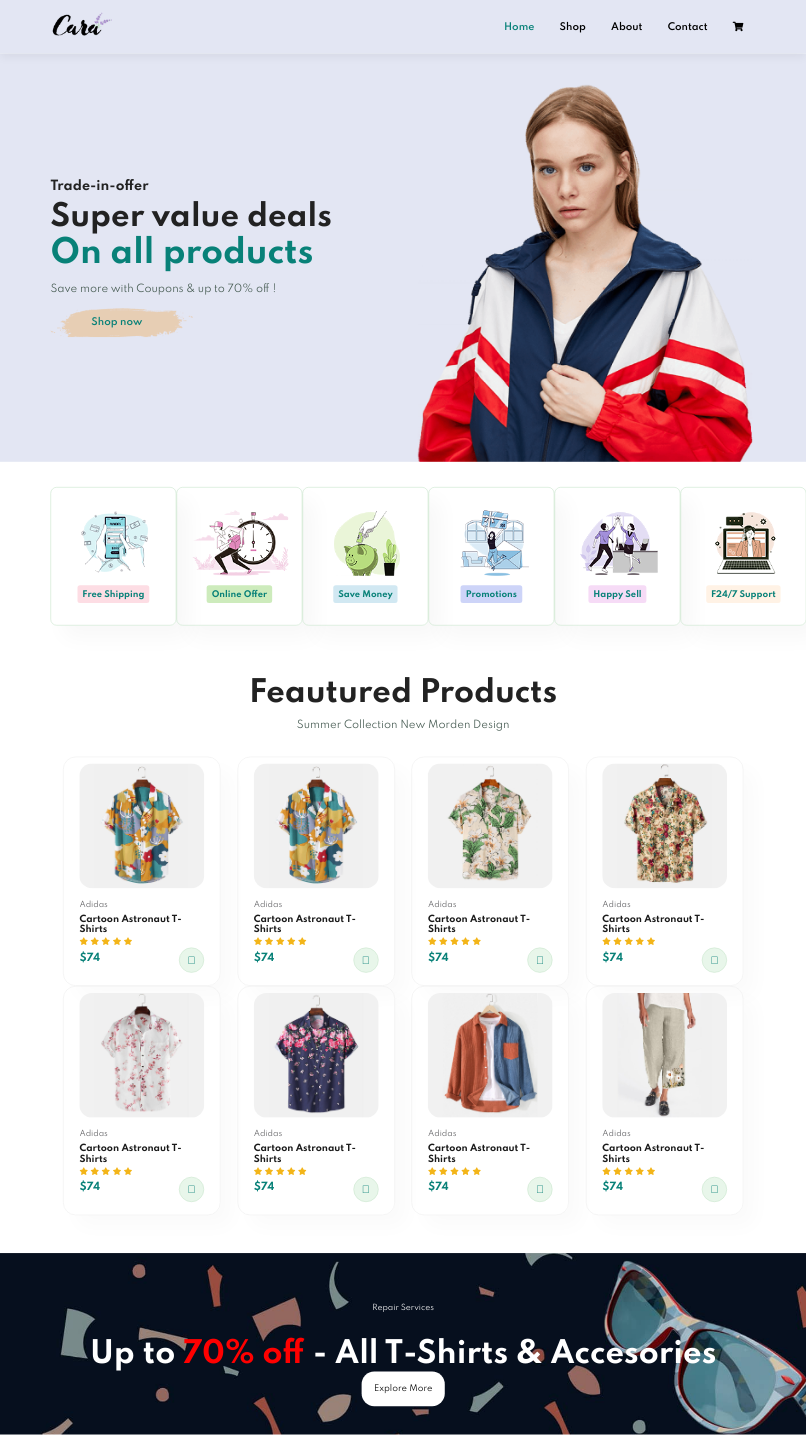
Repository: Daryllgio/E-Commerce-Website-UI
Page: index.html
The author's editor kept a copy of each file at every save. The page is drawn from the files as they stood at one save, then again after the next save.
The browser window is 1280 px wide. The pictures show the whole page, at 63% of full size.
Some web libraries are served in a nearby version.

Above is the page before, as saved 2024-12-31 14:20:47.

### index.html
<!DOCTYPE html>
<html lang="en">

<head>
    <meta charset="UTF-8">
    <meta http-equiv="X-UA-Compatible" content="IE=edge">
    <meta name="viewport" content="width=device-width, initial-scale=1.0">
    <title>Tech2etc Ecommerce Tutorial</title>
    <link rel="stylesheet" href="https://pro.fontawesome.com/releases/v5.10.0/css/all.css" />

    <link rel="stylesheet" href="style.css">
</head>

<body>
    <section id="header">
        <a href="#"><img src="img/logo.png" id="logo" class="logo" alt=""></a>

        <div>
            <ul id="navbar">
                <li>
                    <a class="active" href="index.html">Home</a>
                </li>
                <li>
                    <a href="shop.html">Shop</a>
                </li>
                <li>
                    <a href="about.html">About</a>
                </li>
                <li>
                    <a href="contact.html">Contact</a>
                </li>
                <li>
                    <a href="cart.html"><i class="fa fa-shopping-cart" aria-hidden="true"></i></a>
                </li>

            </ul>
        </div>
    </section>

    <section id="HomeHeaderContent">
        <h4>
            Trade-in-offer
        </h4>
        <h2>
            Super value deals
        </h2>
        <h1>
            On all products
        </h1>
        <p>
            Save more with Coupons & up to 70% off !
        </p>
        <button>
            Shop now
        </button>

    </section>

    <section id="Features" class="section-p1">
        <div class="fe-box">
            <img src="img/features/f1.png" alt="">
            <h6>Free Shipping</h6>
        </div>
        <div class="fe-box">
            <img src="img/features/f2.png" alt="">
            <h6>Online Offer</h6>
        </div>
        <div class="fe-box">
            <img src="img/features/f3.png" alt="">
            <h6>Save Money</h6>
        </div>
        <div class="fe-box">
            <img src="img/features/f4.png" alt="">
            <h6>Promotions</h6>
        </div>
        <div class="fe-box">
            <img src="img/features/f5.png" alt="">
            <h6>Happy Sell</h6>
        </div>
        <div class="fe-box">
            <img src="img/features/f6.png" alt="">
            <h6>F24/7 Support</h6>
        </div>
    </section>

    <section id="product1" class="section-p1">
        <h2>
            Feautured Products
        </h2>
        <p>
            Summer Collection New Morden Design
        </p>
        <div class="pro-container">
            <div class="pro">
                <img src="img/products/f1.jpg" alt="">
                <div class="des">
                    <span>Adidas</span>
                    <h5>Cartoon Astronaut T-Shirts</h5>
                    <div class="star">
                        <i class="fas fa-star"></i>
                        <i class="fas fa-star"></i>
                        <i class="fas fa-star"></i>
                        <i class="fas fa-star"></i>
                        <i class="fas fa-star"></i>
                    </div>
                    <div class="Shop">
                        <h4>$74</h4>
                        <a href="#"><i class="fal fa-shopping-cart "></i></a>
                    </div>

                </div>
            </div>

            <div class="pro">
                <img src="img/products/f1.jpg" alt="">
                <div class="des">
                    <span>Adidas</span>
                    <h5>Cartoon Astronaut T-Shirts</h5>
                    <div class="star">
                        <i class="fas fa-star"></i>
                        <i class="fas fa-star"></i>
                        <i class="fas fa-star"></i>
                        <i class="fas fa-star"></i>
                        <i class="fas fa-star"></i>
                    </div>
                    <div class="Shop">
                        <h4>$74</h4>
                        <a href="#"><i class="fal fa-shopping-cart "></i></a>
                    </div>

                </div>
            </div>

            <div class="pro">
                <img src="img/products/f2.jpg" alt="">
                <div class="des">
                    <span>Adidas</span>
                    <h5>Cartoon Astronaut T-Shirts</h5>
                    <div class="star">
                        <i class="fas fa-star"></i>
                        <i class="fas fa-star"></i>
                        <i class="fas fa-star"></i>
                        <i class="fas fa-star"></i>
                        <i class="fas fa-star"></i>
                    </div>
                    <div class="Shop">
                        <h4>$74</h4>
                        <a href="#"><i class="fal fa-shopping-cart "></i></a>
                    </div>

                </div>
            </div>

            <div class="pro">
                <img src="img/products/f3.jpg" alt="">
                <div class="des">
                    <span>Adidas</span>
                    <h5>Cartoon Astronaut T-Shirts</h5>
                    <div class="star">
                        <i class="fas fa-star"></i>
                        <i class="fas fa-star"></i>
                        <i class="fas fa-star"></i>
                        <i class="fas fa-star"></i>
                        <i class="fas fa-star"></i>
                    </div>
                    <div class="Shop">
                        <h4>$74</h4>
                        <a href="#"><i class="fal fa-shopping-cart "></i></a>
                    </div>

                </div>
            </div>

            <div class="pro">
                <img src="img/products/f4.jpg" alt="">
                <div class="des">
                    <span>Adidas</span>
                    <h5>Cartoon Astronaut T-Shirts</h5>
                    <div class="star">
                        <i class="fas fa-star"></i>
                        <i class="fas fa-star"></i>
                        <i class="fas fa-star"></i>
                        <i class="fas fa-star"></i>
                        <i class="fas fa-star"></i>
                    </div>
                    <div class="Shop">
                        <h4>$74</h4>
                        <a href="#"><i class="fal fa-shopping-cart "></i></a>
                    </div>

                </div>
            </div>

            <div class="pro">
                <img src="img/products/f5.jpg" alt="">
                <div class="des">
                    <span>Adidas</span>
                    <h5>Cartoon Astronaut T-Shirts</h5>
                    <div class="star">
                        <i class="fas fa-star"></i>
                        <i class="fas fa-star"></i>
                        <i class="fas fa-star"></i>
                        <i class="fas fa-star"></i>
                        <i class="fas fa-star"></i>
                    </div>
                    <div class="Shop">
                        <h4>$74</h4>
                        <a href="#"><i class="fal fa-shopping-cart "></i></a>
                    </div>

                </div>
            </div>

            <div class="pro">
                <img src="img/products/f6.jpg" alt="">
                <div class="des">
                    <span>Adidas</span>
                    <h5>Cartoon Astronaut T-Shirts</h5>
                    <div class="star">
                        <i class="fas fa-star"></i>
                        <i class="fas fa-star"></i>
                        <i class="fas fa-star"></i>
                        <i class="fas fa-star"></i>
                        <i class="fas fa-star"></i>
                    </div>
                    <div class="Shop">
                        <h4>$74</h4>
                        <a href="#"><i class="fal fa-shopping-cart "></i></a>
                    </div>

                </div>
            </div>

            <div class="pro">
                <img src="img/products/f7.jpg" alt="">
                <div class="des">
                    <span>Adidas</span>
                    <h5>Cartoon Astronaut T-Shirts</h5>
                    <div class="star">
                        <i class="fas fa-star"></i>
                        <i class="fas fa-star"></i>
                        <i class="fas fa-star"></i>
                        <i class="fas fa-star"></i>
                        <i class="fas fa-star"></i>
                    </div>
                    <div class="Shop">
                        <h4>$74</h4>
                        <a href="#"><i class="fal fa-shopping-cart "></i></a>
                    </div>

                </div>
            </div>


        </div>
    </section>

    <section id="banner" class="section-p1">
        <p>Repair Services</p>
        <h2>Up to <span>70% off</span> - All T-Shirts & Accesories</h2>
        <button>Explore More</button>
    </section>


    <script src="script.js"></script>
</body>

</html>

### style.css
@import url("https://fonts.googleapis.com/css2?family=Spartan:wght@100;200;300;400;500;600;700;800;900&display=swap");

* {
  margin: 0;
  padding: 0;
  box-sizing: border-box;
  font-family: "Spartan", sans-serif;
}

html {
  scroll-behavior: smooth;
}

/* Global Styles */

h1 {
  font-size: 50px;
  line-height: 64px;
  color: #222;
}

h2 {
  font-size: 46px;
  line-height: 54px;
  color: #222;
}

h4 {
  font-size: 20px;
  color: #222;
}

h6 {
  font-weight: 700;
  font-size: 12px;
}

p {
  font-size: 16px;
  color: #465b52;
  margin: 15px 0 20px 0;
}

.section-p1 {
  padding: 40px 80px;
}

.section-m1 {
  margin: 40px 0;
}

body {
  width: 100%;
}

#header {
  display: flex;
  align-items: center;
  justify-content: space-between;
  padding: 20px 80px;
  background: #E3E6F3;
  box-shadow: 0 5px 15px rgba(0, 0, 0, 0.06);
  position: sticky;
  top: 0;
  left: 0;

}



#navbar {
  display: flex;
  align-items: center;
  justify-content: center;
}

#navbar li {
  list-style: none;
  padding: 0px 20px;
}

#navbar li a {
  text-decoration: none;
  font-size: 15px;
  font-weight: 600;
  color: #000;
  transition: 0.3s ease;
}

#navbar li a:hover,
#navbar li a.active {
  color: #088178;
}

#HomeHeaderContent {
  background-image: url("img/hero4.png");
  height: 90vh;
  width: 100%;
  background-size: cover;
  background-position: top 25% right 0;
  padding: 0 80px;
  align-items: flex-start;
  display: flex;
  flex-direction: column;
  justify-content: center;
}

#HomeHeaderContent h4 {
  margin-bottom: 10px;
}

#HomeHeaderContent h1 {
  color: #088178;
}

#HomeHeaderContent button {
  color: #088178;
  background-image: url("img/button.png");
  font-size: 15px;
  font-weight: 600;
  background-color: transparent;
  border: 0;
  padding: 14px 80px 14px 65px;
  background-repeat: no-repeat;
  cursor: pointer;
}

#Features {
  display: flex;
  justify-content: space-between;
}

#Features .fe-box {
  width: 200px;
  text-align: center;
  padding: 35px 25px;
  border: 1px solid #cce7d0;
  box-shadow: 20px 20px 34px rgba(0, 0, 0, 0.03);
  border-radius: 10px;
}

#Features .fe-box:hover {
  box-shadow: 10px 10px 54px rgba(0, 0, 0, 0.1);
}

#Features .fe-box img {
  margin-bottom: 10px;
}

#Features .fe-box h6 {
  font-size: 13px;
  display: inline-block;
  line-height: 1;
  border-radius: 4px;
  color: #088178;
  background-color: #fddde4;
  padding: 9px 8px 6px 8px;
}

#Features .fe-box:nth-child(2) h6 {
  background-color: #cdebbc;
}

#Features .fe-box:nth-child(3) h6 {
  background-color: #d1e8f2;
}

#Features .fe-box:nth-child(4) h6 {
  background-color: #cdd4f8;
}

#Features .fe-box:nth-child(5) h6 {
  background-color: #f6dbf6;
}

#Features .fe-box:nth-child(6) h6 {
  background-color: #fff2e5;
}

#product1 {
  text-align: center;
}

#product1 .pro {
  width: 23%;
  min-width: 250px;
  padding: 10px 25px;
  border: 1px solid #f0f0f0;
  border-radius: 20px;
  cursor: pointer;
  box-shadow: 20px 20px 30px rgba(0, 0, 0, 0.02);
  transition: 0.3s ease;
}

#product1 .pro:hover {
  box-shadow: 20px 20px 30px rgba(0, 0, 0, 0.06);

}

#product1 .pro img {
  width: 100%;
  border-radius: 20px;
}

#product1 .pro .des {
  text-align: start;
  padding: 10px 0;
}

#product1 .pro .des span {
  color: #606063;
  font-size: 12px;
}

#product1 .pro .des h5 {
  color: #1a1a1a;
  font-size: 14px;
  padding-top: 7px;
}

#product1 .pro .des .fa-star {
  color: rgb(243, 181, 25);
  font-size: 12px;
}

#product1 .pro .des h4 {
  font-size: 16px;
  padding-top: 7px;
  font-weight: 700;
  color: #088178;

}

#product1 .pro .Shop {
  display: flex;
  justify-content: space-between;
}

#product1 .pro .des .fa-shopping-cart {
  width: 40px;
  height: 40px;
  line-height: 40px;
  border-radius: 50px;
  font-size: 17px;
  background-color: #e8f6ea;
  font-weight: 500;
  color: #088178;
  border: 1px solid #cce7d0;
  text-align: center;
}

#product1 .pro-container {
  display: flex;
  justify-content: space-between;
  padding: 20px;
  flex-wrap: wrap;
}


#banner {
  background-image: url("img/banner/b2.jpg");
  height: 40vh;
  width: 100%;
  background-size: cover;
  background-position: top 25% right 0;
  padding: 0 80px;
  text-align: center;
  display: flex;
  flex-direction: column;
  align-items: center;
  justify-content: center;
}

#banner p {
  font-size: 12px;
  padding: 20px;
  color: #ffffff;
}

#banner h2 {
  color: #fff;
}

#banner span {
  color: red;
}

#banner button {
  color: #000;
  background-color: #fff;
  font-size: 13px;
  font-weight: 400;
  padding: 20px 20px;
  border-radius: 20px;
  border: 0;
}

Loaded but not shown: script.js (common file)

After the next save:
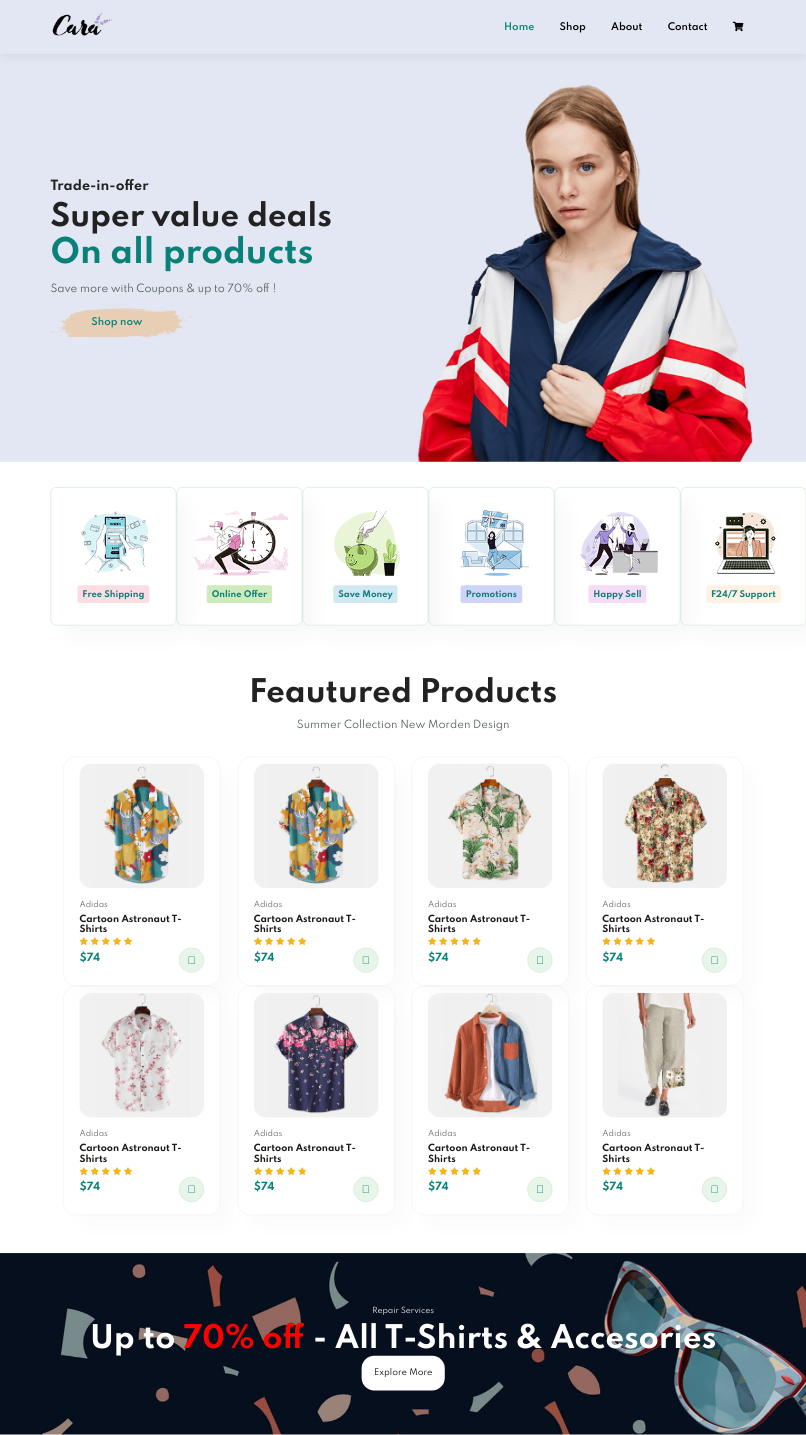
Saved 14 s later.
--- a/style.css
+++ b/style.css
@@ -273,7 +273,7 @@ body {
 
 #banner p {
   font-size: 12px;
-  padding: 20px;
+  margin-bottom: 10px;
   color: #ffffff;
 }
 
